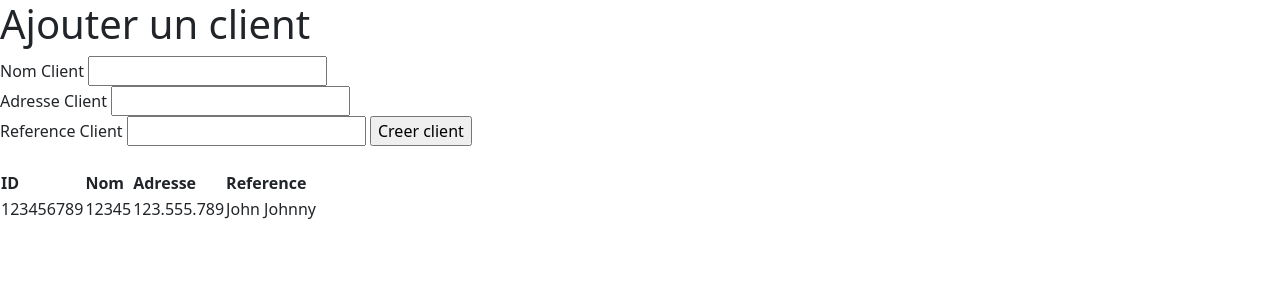
Repository: Elie-Dey/airblio
Page: test.html
These files come from the project's save history. The page is drawn as it stood at one moment and after the next save; the edit follows.
The browser window is 1280 px wide. The pictures show the whole page.

Above is the page before, as saved 2022-03-28 12:13:31.

### test.html
<!DOCTYPE html>
<html lang="en">
  <head>
    <meta charset="UTF-8" />
    <meta http-equiv="X-UA-Compatible" content="IE=edge" />
    <meta name="viewport" content="width=device-width, initial-scale=1.0" />
    <link
      href="https://cdn.jsdelivr.net/npm/bootstrap@5.1.3/dist/css/bootstrap.min.css"
      rel="stylesheet"
      integrity="sha384-1BmE4kWBq78iYhFldvKuhfTAU6auU8tT94WrHftjDbrCEXSU1oBoqyl2QvZ6jIW3"
      crossorigin="anonymous"
    />
    <script src="https://ajax.googleapis.com/ajax/libs/jquery/3.6.0/jquery.min.js"></script>
    <title>Document</title>
  </head>
  <body>
    <h1>Ajouter un client</h1>
    <form action="connect.php?task=write" method="POST">
      <label for="nom">Nom Client </label>
      <input type="text" name="nom" id="nom" /> <br />
      <label for="Adresse">Adresse Client</label>
      <input type="text" name="adresse" id="adresse" /> <br />
      <label for="reference">Reference Client</label>
      <input type="text" name="reference" id="reference" />
      <input type="submit" value="Creer client" />
    </form>


    <div >
  <table>
  <tr>
    <th>ID</th>
    <th>Nom</th>
    <th>Adresse</th>
    <th>Reference</th>
  </tr>
  <tr class="display-client">
    <td>123456789</td>
    <td>12345</td>
    <td>123.555.789</td>
    <td>John Johnny</td>
  </tr> <br>

    </div>
    <script src="js/app.js"></script>
  </body>
</html>

### js/app.js
// var getHttpRequest = function () {
//   var httpRequest = false;
//   if (window.XMLHttpRequest) {
//     // Mozilla, Safari, IE7+...
//     httpRequest = new XMLHttpRequest();
//   } else if (window.ActiveXObject) {
//     // IE 6 et antérieurs
//     httpRequest = new ActiveXObject("Microsoft.XMLHTTP");
//   }

//   return httpRequest;
// };

// var httpRequest = getHttpRequest();
// httpRequest.open("GET");

// $(document).ready(function () {
//   $("form").submit(function (event) {
//     var formData = {
//       nom: $("#nom").val(),
//       adresse: $("#adresse").val(),
//       reference: $("#reference").val(),
//     };
//     $.ajax({
//       type: "POST" ? url : "connect.php",
//       data: formData,
//       dataType: "json",
//       encode: true,
//     }).done(function (data) {
//       console.log(data);
//     });

//     event.preventDefault();
//   });
// });

function getClients() {
  //Creation d'une requete AJAX pour se connecter au serveur avec le fichier connect.php
  const requeteAjax = new XMLHttpRequest();
  requeteAjax.open("GET", "connect.php");

  //Quand les données sont reçus, les traités sous forme de JSON et les affichés au format HTML

  requeteAjax.onload = function () {
    const resultat = JSON.parse(requeteAjax.responseText);
    const html = resultat
      .map(function (client) {
        return `
      <tr>
    <td>${client.id}</td>
    <td>${client.nom}</td>
    <td>${client.adresse}</td>
    <td>${client.reference}</td>
    </tr>
      `;
      })
      .join("");

    const clients = document.querySelector(".display-client");
    clients.innerHTML = html;
  };

  //On envoie la requete
  requeteAjax.send();
}

After the next save:
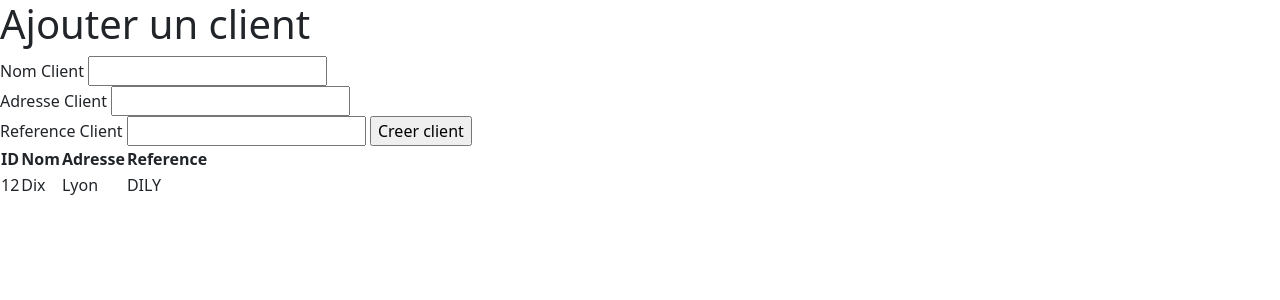
Saved 99 s later.
--- a/test.html
+++ b/test.html
@@ -35,11 +35,11 @@
     <th>Reference</th>
   </tr>
   <tr class="display-client">
-    <td>123456789</td>
-    <td>12345</td>
-    <td>123.555.789</td>
-    <td>John Johnny</td>
-  </tr> <br>
+    <td>12</td>
+    <td>Dix</td>
+    <td>Lyon</td>
+    <td>DILY</td>
+  </tr>
 
     </div>
     <script src="js/app.js"></script>
